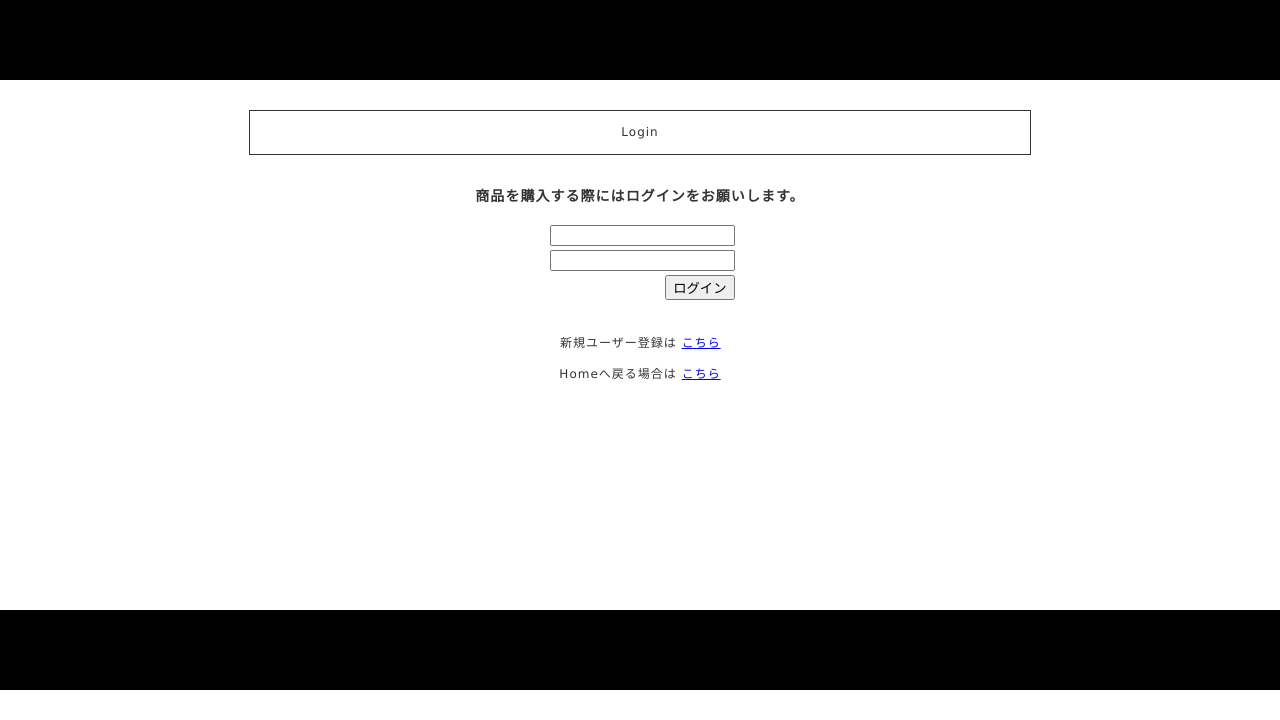
Repository: RYOYAEGAWA/test
Page: http://localhost/ecsite_a/HomeAction.action
These files come from the project's save history. The page is drawn as it stood at one moment and after the next save; the edit follows.
The browser window is 1280 px wide. The pictures show the whole page.
The page is served by Tomcat 9.

Above is the page before, as saved 2018-05-18 05:19:57.

After the next save:
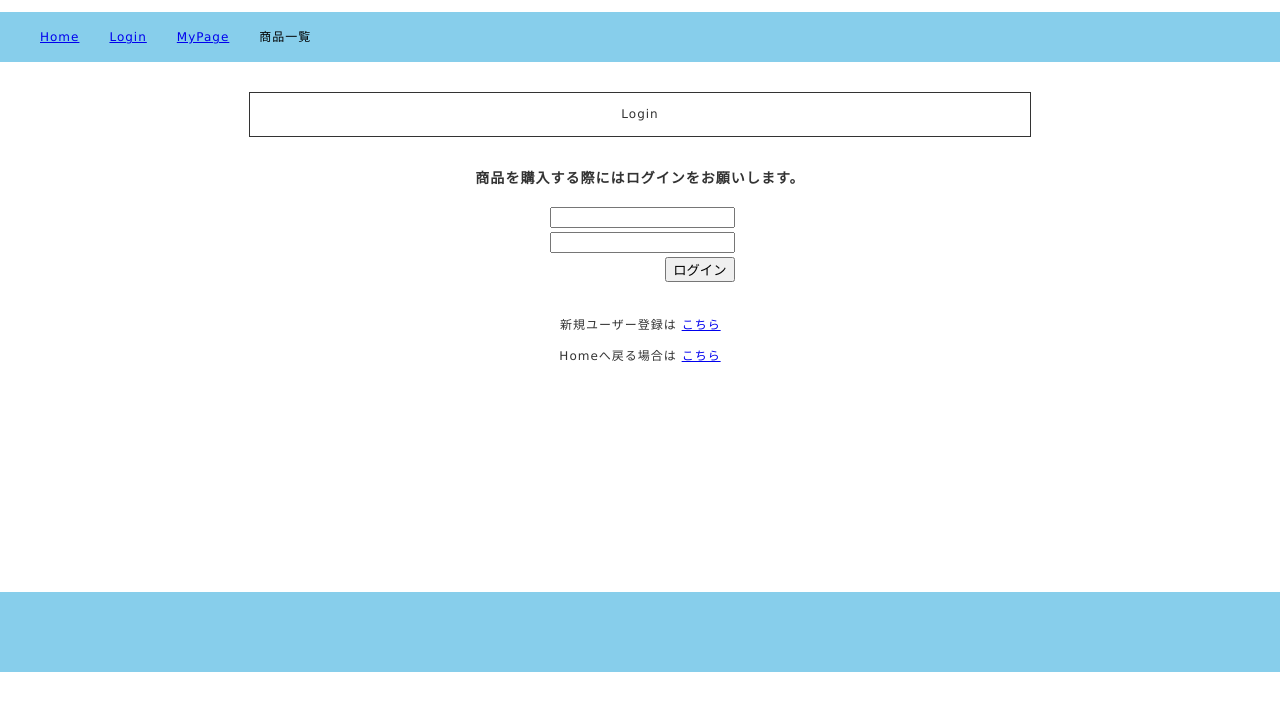
Saved 3 min 14 s later.
--- a/java/Eclipse_Data/ecsite_a/WebContent/login.jsp
+++ b/java/Eclipse_Data/ecsite_a/WebContent/login.jsp
@@ -36,11 +36,11 @@
 		border:1px solid #333;
 		}
 
-		#header {
+		/* #header {
 		width: 100%;
 		height: 80px;
 		background-color: black;
-		}
+		} */
 
 		#main {
 		width: 100%;
@@ -51,7 +51,7 @@
 		#footer {
 		width: 100%;
 		height: 80px;
-		background-color: black;
+		background-color: skyblue;
 		clear: both;
 		}
 
@@ -64,10 +64,11 @@
 	</style>
 </head>
 <body>
-		<div id="header">
+<s:include value="Header.jsp"></s:include>
+		<!-- <div id="header">
 				<div id="pr">
 				</div>
-		</div>
+		</div> -->
 		<div id="main">
 				<div id="top">
 				<p>Login</p>
